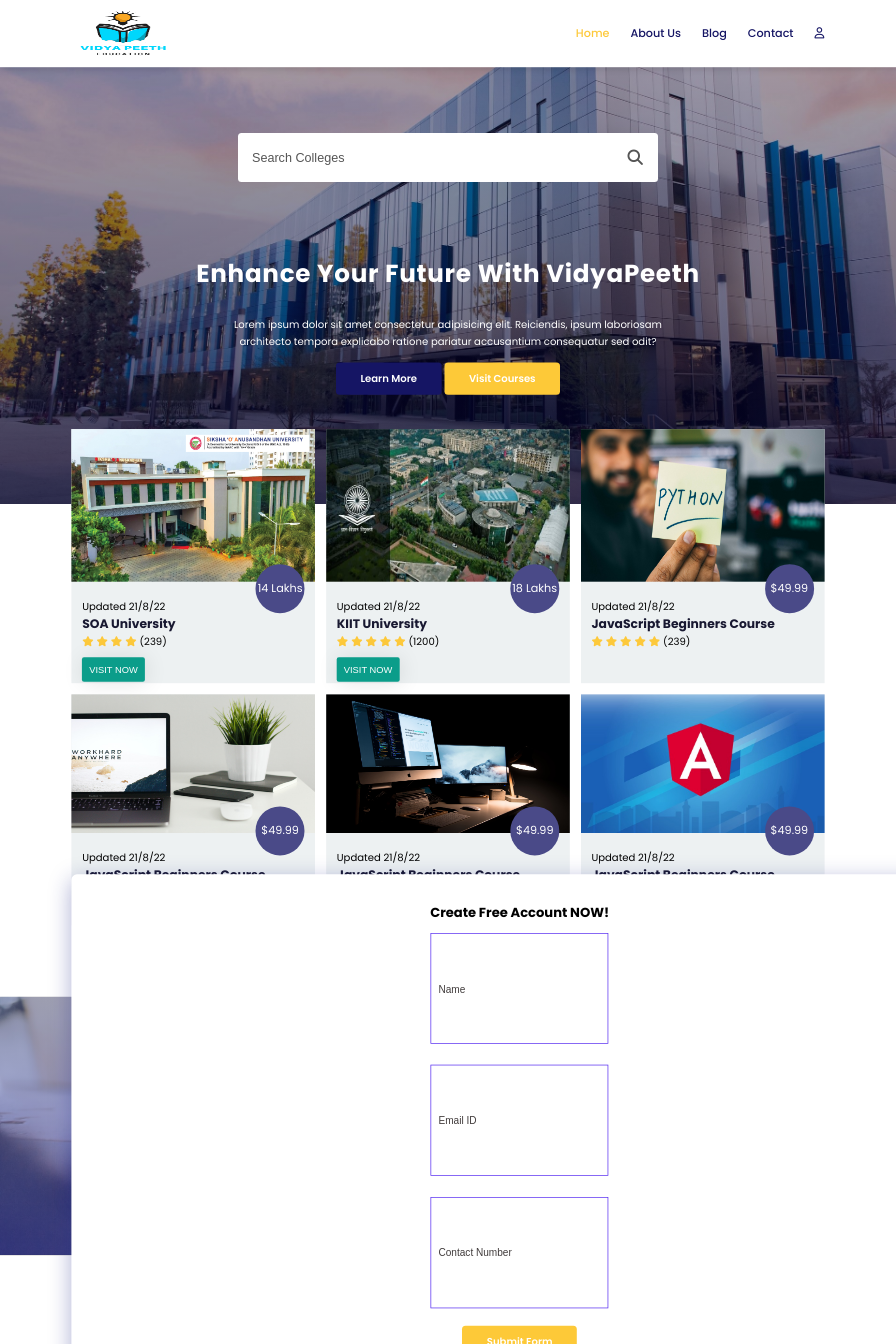
Repository: NamanSahu09/VidyaPreet-Ed-Tech-Website
Page: index.html
An editor plug-in stored every save of this project. The page is shown before and after a run of saves, followed by the edit.
The browser window is 1280 px wide. The pictures show the part of the page from y = 0 to 1920 px (the page is 3016 px tall), at 70% of full size.
Some web libraries are served in a nearby version.

Above is the page before, as saved 2024-04-11 15:14:39.

After the next 2 saves:
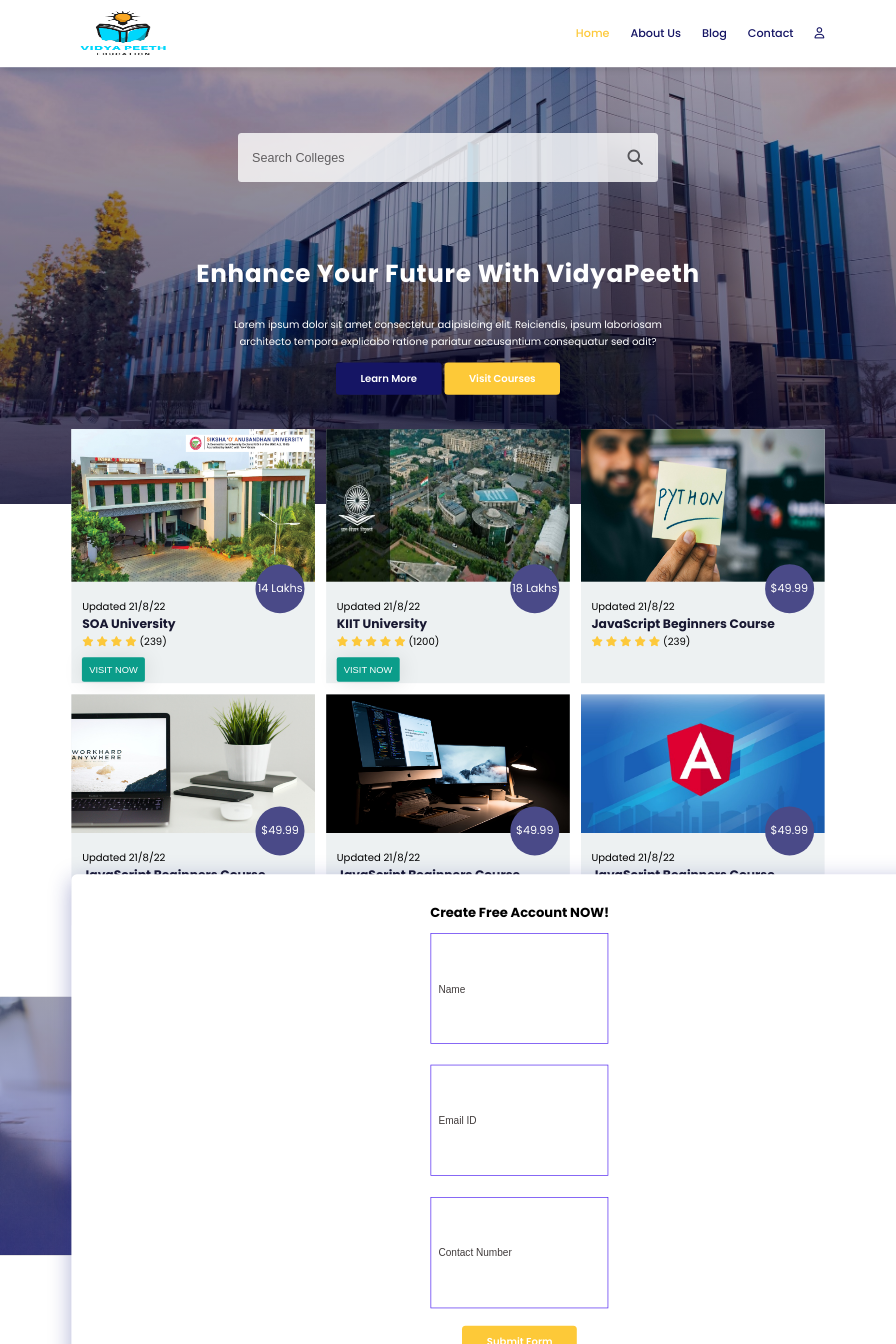
The 2 saves are shown as one change because they came seconds apart.
The last was saved 8 s later.
--- a/style.css
+++ b/style.css
@@ -229,7 +229,7 @@
 	background: #fff;
 	margin: 150px auto auto;
 	border-radius: 5px;
-	opacity: 1;
+	opacity: 0.8;
 }
 .row
 {
